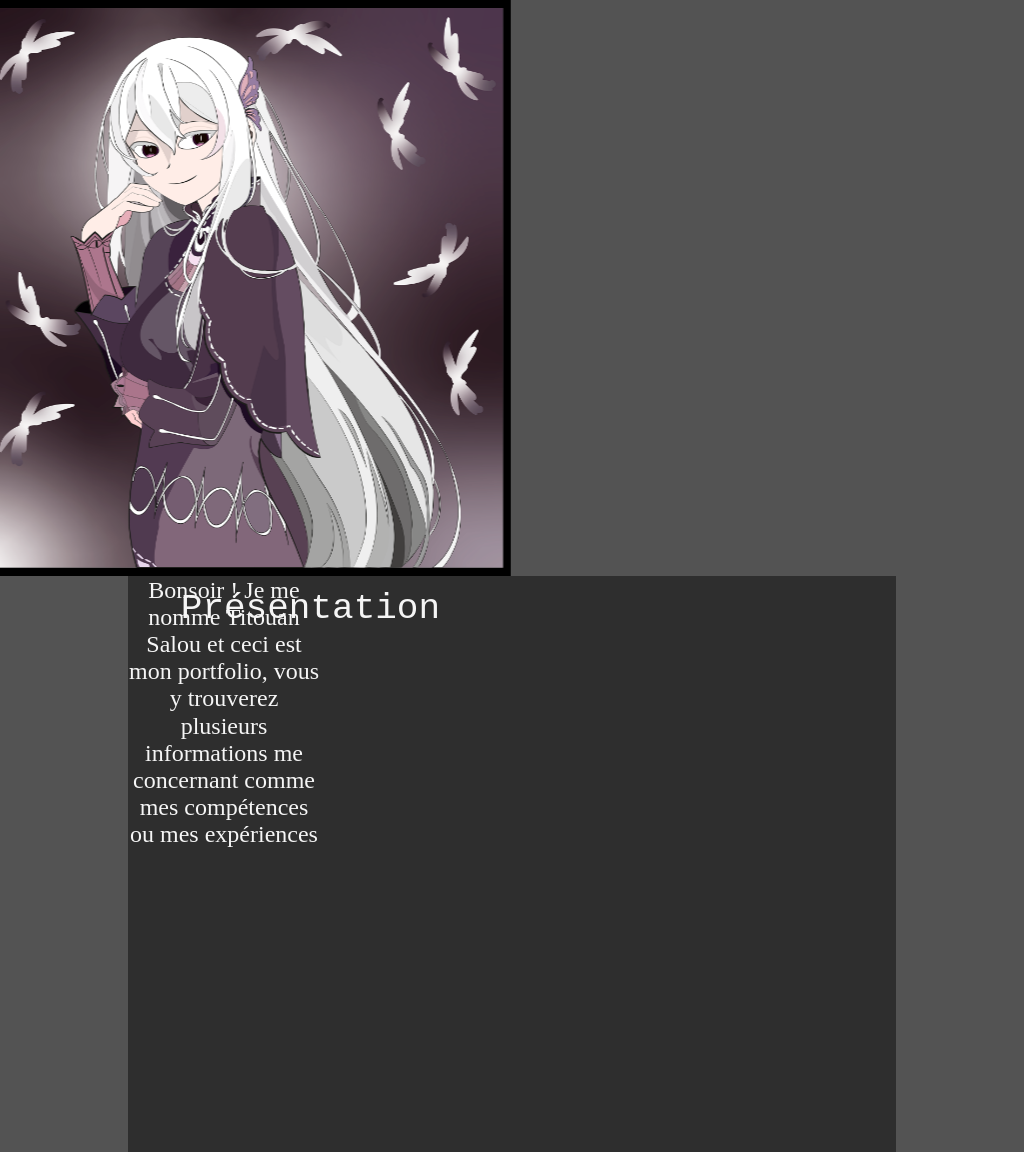
Repository: Mini-T/portfolio
Page: cv.html
These files come from the project's save history. The page is drawn as it stood at one moment and after a run of saves; the edit follows.
The browser window is 1280 px wide. The pictures show the whole page, at 80% of full size.
After loading, the first visible `#btnpresentation` was clicked once.

Above is the page before, as saved 2021-10-05 23:59:36.

### cv.html
<!DOCTYPE html>
<html lang="en">
  <head>
    <meta charset="UTF-8" />
    <meta http-equiv="X-UA-Compatible" content="IE=edge" />
    <meta name="viewport" content="width=device-width, initial-scale=1.0" />
    <link rel="stylesheet" href="cv.css" />

    <title>Document</title>
  </head>
  <body>
    <div id="master">
    <header>
      <div id="spawnscreen" class="backg">
        <img class="image" src="img/Echidna.png" alt="" />
        <img class="image" src="img/Halibel.png" alt="" />
        <img class="image" src="img/logo ytb ok.png" alt="" />
        <img class="image" src="img/versionfinal.jpg" alt="" />
        <img class="image" src="img/Echidna.png  " alt="" />
      </div>
    </header>
    <main>
      <nav id="navbar" class="reveal">
        <button id="btnpresentation" class="onglet">Présentation</button>
        <button id="btnskill" class="onglet">Compétences</button>
        <button id="btnformation" class="onglet">Formations</button>
        <button id="btndiplomes" class="onglet">Diplomes</button>

        <div class="">Bonsoir ! Je me nomme Titouan Salou et ceci est mon portfolio, vous y trouverez plusieurs informations me concernant comme mes compétences ou mes expériences</div>

      </nav>
    </main>
    <script src="cv.js"></script>
  </div></body>
</html>

### cv.css
body {
  display: grid;
  justify-content: center;
  background-color: rgb(83, 83, 83);
  margin: 0px;
  padding: 0px;
}
#master {
  display: grid;
  grid-template-rows: 1fr 1fr;
  justify-content: center;
  width: 100vw;
  overflow-y: auto;
  overflow-x: unset;
  min-height: 100vh;
}
main {
  justify-content: center;
  justify-self: center;
  width: 75vw;
  display: grid;
  grid-template-rows: 80px 1fr 1fr 1fr 1fr;
  grid-template-columns: 25% 25% 25% 25%;
  background-color: rgb(46, 46, 46);
  grid-template-areas: "nav nav nav nav";
}

nav {
  grid-area: nav;
  color: whitesmoke;
  font-size: 30px;
  /* border-bottom: solid 2px black;
  border-top: solid 2px black; */
  display: grid;
  grid-template-columns: repeat(4, 1fr);

  text-align: center;
  justify-content: center;
  align-items: center;
  width: 100%;
  height: 80px;
  grid-template-areas: " btnpresentation btnskills btnformation btndiplomes ";
}
.navpresentationfocus {
  grid-area: nav;
  color: whitesmoke;
  font-size: 30px;
  /* border-bottom: solid 2px black;
  border-top: solid 2px black; */
  display: grid;
  grid-template-columns: 1fr;

  text-align: center;
  justify-content: center;
  align-items: center;
  width: 100%;
  height: 80px;
  grid-template-areas: "btnpresentation";
}
.hidden {
  display: none;
}
#btnskill {
  grid-area: btnskills;
}
#btnformation {
  grid-area: btnformation;
}
#btndiplomes {
  grid-area: btndiplomes;
}
#btnpresentation {
  transition: all 0.3s ease;
  grid-area: btnpresentation;
}
a {
  font-family: "Courier New", Courier, monospace;
  text-decoration: none;
  color: unset;
}
#spawnscreen {
  display: flex;
  overflow-x: hidden;
  width: 100vw;
  height: 100vh;
  min-height: 600px;
  background-attachment: fixed;
  background-position: left;
  background-repeat: repeat;
  background-size: cover;
}

.apparition {
  animation: 1s ease-out 1 navanime;
}
@keyframes navanime {
  0% {
    opacity: 0%;
    position: relative;

    right: 40%;
  }
  100% {
    opacity: 80%;
    position: relative;
    right: 0%;
  }
}
@keyframes navanimereverse {
  0% {
    opacity: 0%;
    position: relative;
    left: 40%;
  }
  100% {
    opacity: 80%;
    position: relative;
    left: 0%;
  }
}
.image {
  width: auto;
  animation-timing-function: ease;
  animation-iteration-count: infinite;
  max-width: 100vw;
  height: auto;
  border: solid 10px black;
  animation-duration: 10s;
  animation-name: caroussel;
}
@keyframes caroussel {
  0% {
    transform: translateX(0);
  }
  25% {
    transform: translateX(-959px);
  }
  50% {
    transform: translateX(-2758px);
  }
  75% {
    transform: translateX(-3558px);
  }
  100% {
    transform: translateX(0);
  }
}
.apparitionreverse {
  animation: 1s ease-out 1 navanimereverse;
}
.reveal {
  opacity: 0;
}
.revealtrue {
  opacity: 100%;
}
.onglet {
  justify-self: center;
  width: 200px;
  height: 80px;
  background: unset;
  border: unset;
  color: whitesmoke;
  font-size: 30px;
  font-family: "Courier New", Courier, monospace;
}
.zoom {
  MARGIN-RIGHT:50%;
  position: absolute;
  font-size: 45px;
}

### cv.js
nav = document.getElementById('navbar')
window.addEventListener("scroll", () =>{
    if(window.scrollY > 99){
        document.getElementById('navbar').classList.add('revealtrue', 'apparition')
        console.log(window.scrollY)
    }

})
button1 = document.getElementById('btnpresentation');
button2 = document.getElementById('btnskill');
button3 = document.getElementById('btnformation');
button4 = document.getElementById('btndiplomes');

button1.addEventListener("click", () =>{
    nav.classList.remove('nav');
    document.getElementById('btnpresentation').classList.add('zoom');
    document.getElementById('btnskill').classList.add('hidden');
    document.getElementById('btnformation').classList.add('hidden');
    document.getElementById('btndiplomes').classList.add('hidden')

})

After the next 3 saves:
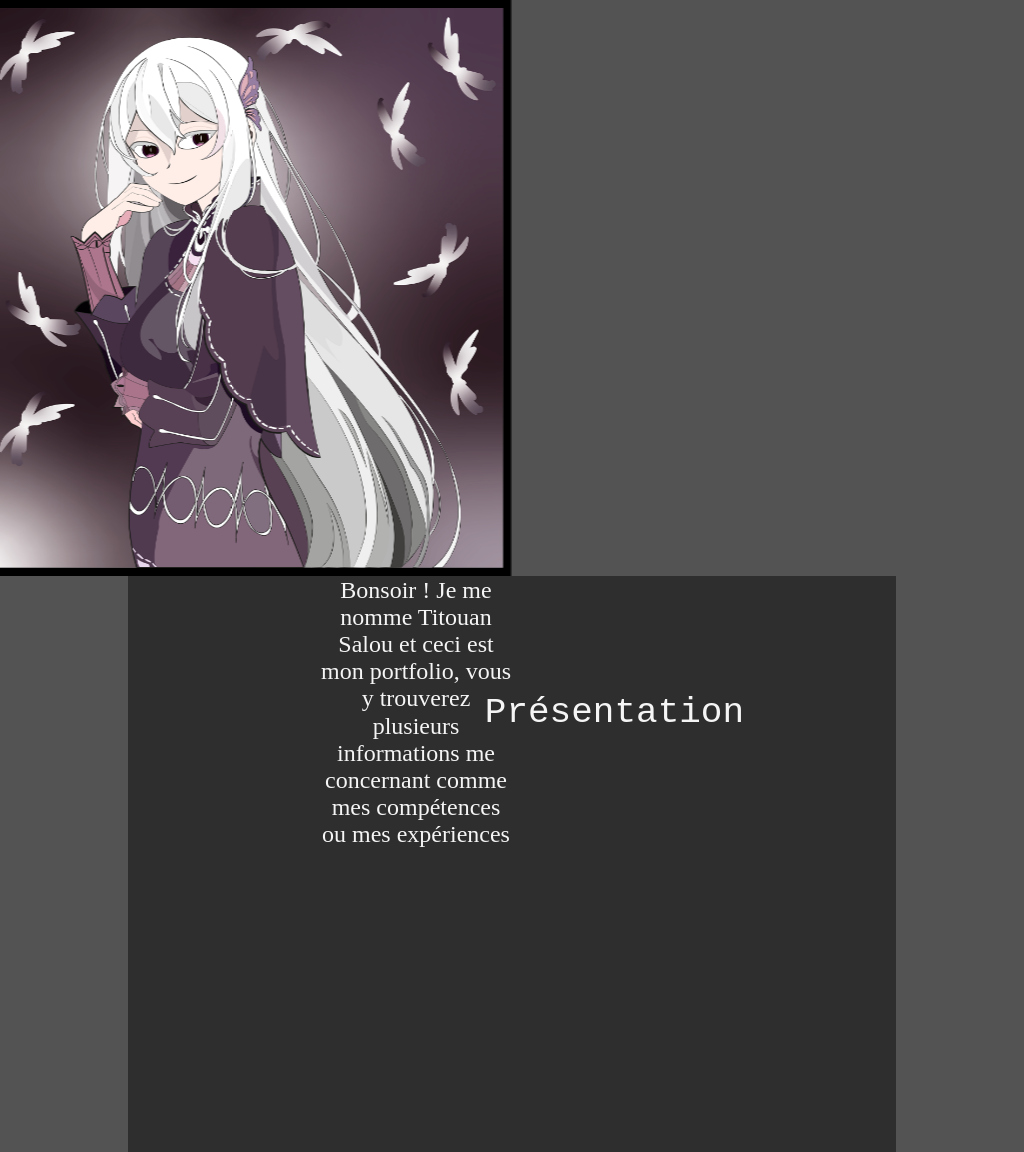
The 3 saves are shown as one change because they came seconds apart.
The last was saved 25 s later.
--- a/cv.css
+++ b/cv.css
@@ -165,7 +165,8 @@
   font-family: "Courier New", Courier, monospace;
 }
 .zoom {
-  MARGIN-RIGHT:50%;
-  position: absolute;
+  margin-left: 350%;
+  position: relative;
+  justify-self: center;
   font-size: 45px;
 }
